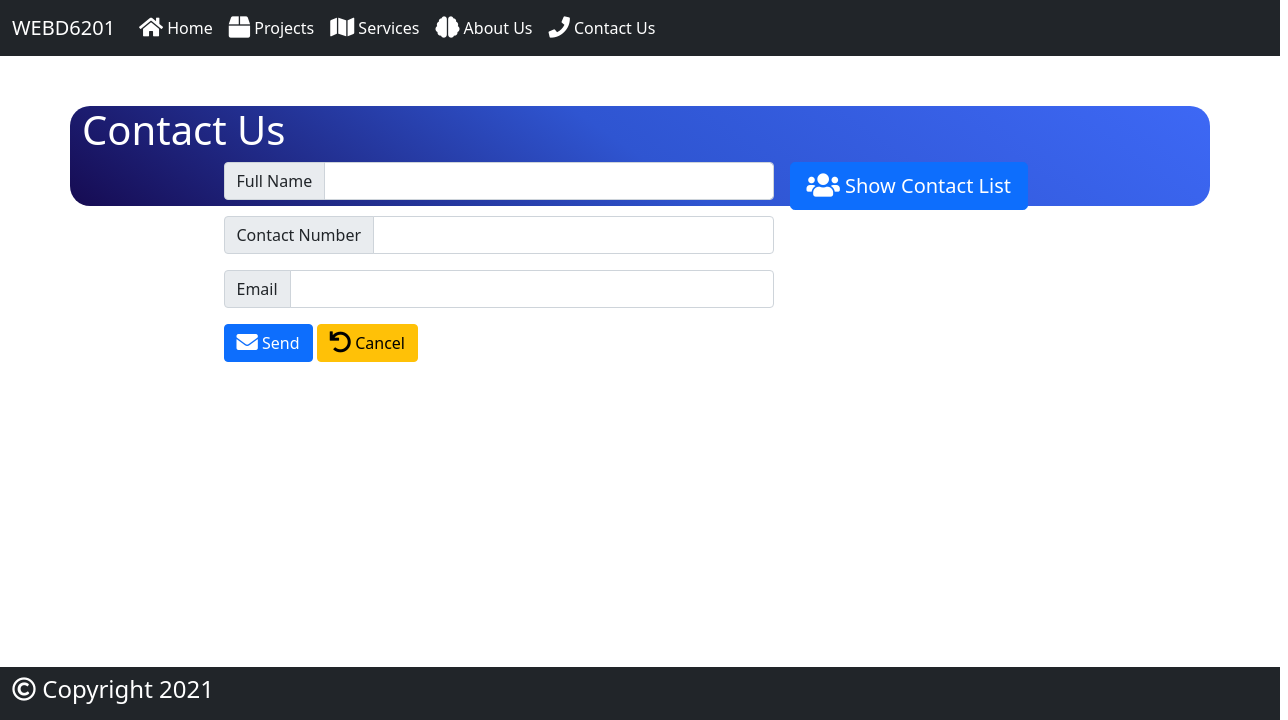
Repository: AshokSasi/WEBD6201-ASasi-JYuan-Lab2
Page: contact.html
These files come from the project's save history. The page is drawn as it stood at one moment and after the next save; the edit follows.
The browser window is 1280 px wide. The page is 1280 px wide, then 1288 px, so the pictures cover 1288 px, including what lies to the right of the window. The pictures show the whole page.

Above is the page before, as saved 2021-01-28 20:33:32.
Not found: Scripts/contact.js

After the next save:
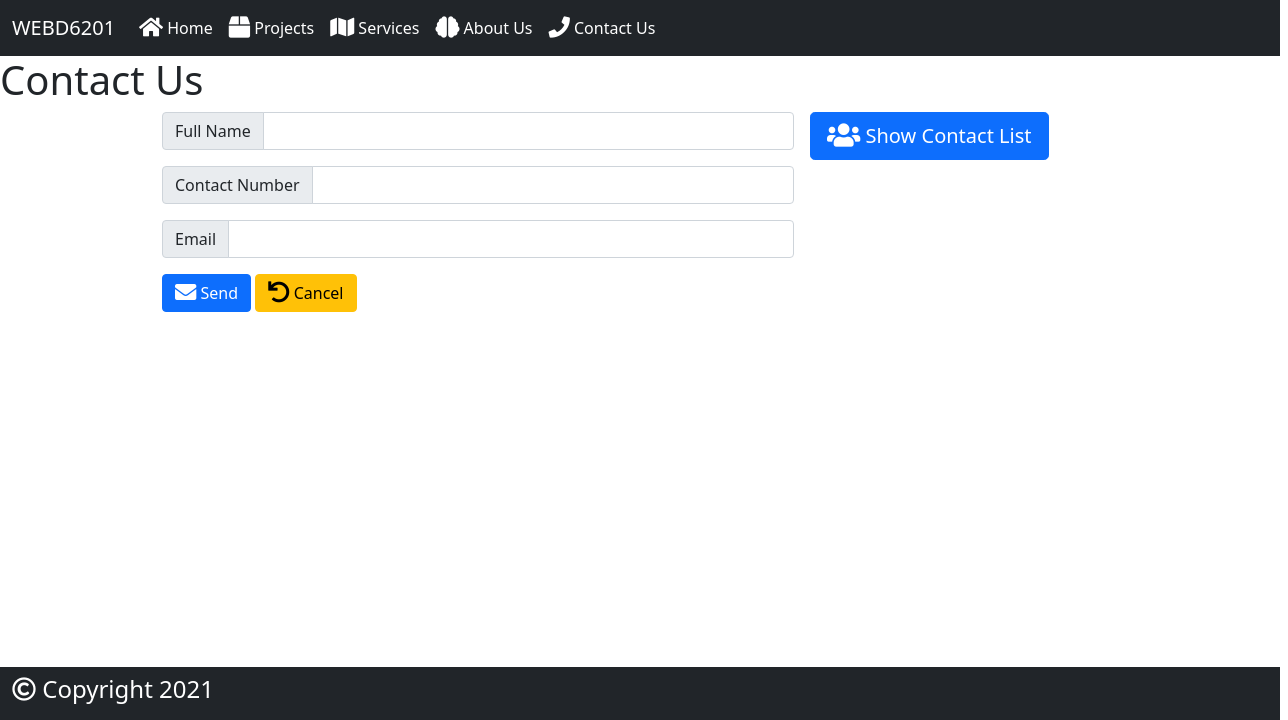
Saved 49 s later.
--- a/contact.html
+++ b/contact.html
@@ -44,7 +44,7 @@
   </header>
 
     <!-- Main Content-->
-    <main class="container">
+    <main class="contactForm">
         <h1>Contact Us</h1>
        <div id="messageArea">
 
